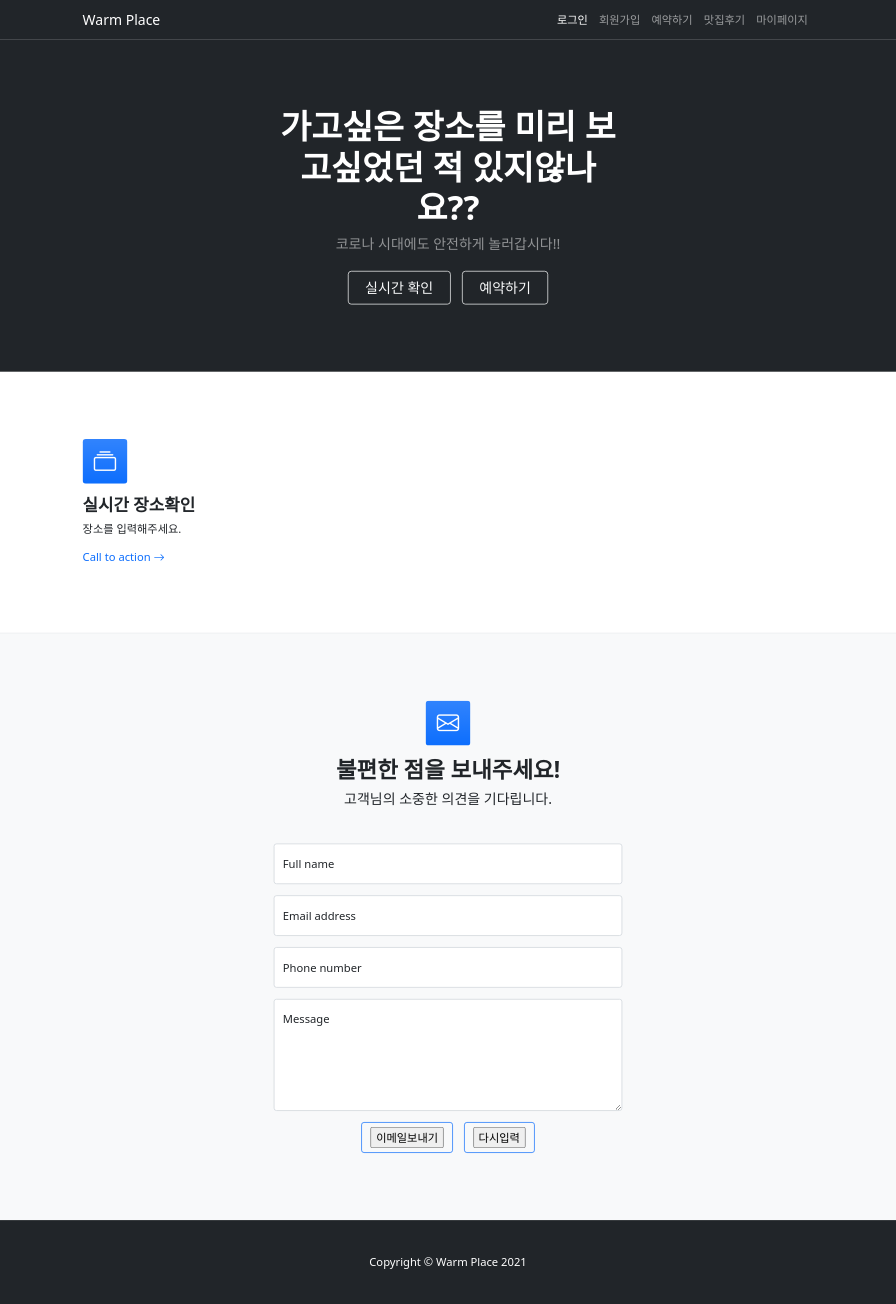
Repository: jaunnnngs/HackaTone
Page: http://localhost/StunProjects/St_Join/main.jsp
The author's editor kept a copy of each file at every save. The page is drawn from the files as they stood at one save, then again after the next save.
The browser window is 1280 px wide. The pictures show the whole page, at 70% of full size.
Some web libraries are served in a nearby version. The page is served by Tomcat 9.

Above is the page before, as saved 2021-08-02 07:35:01.

After the next save:
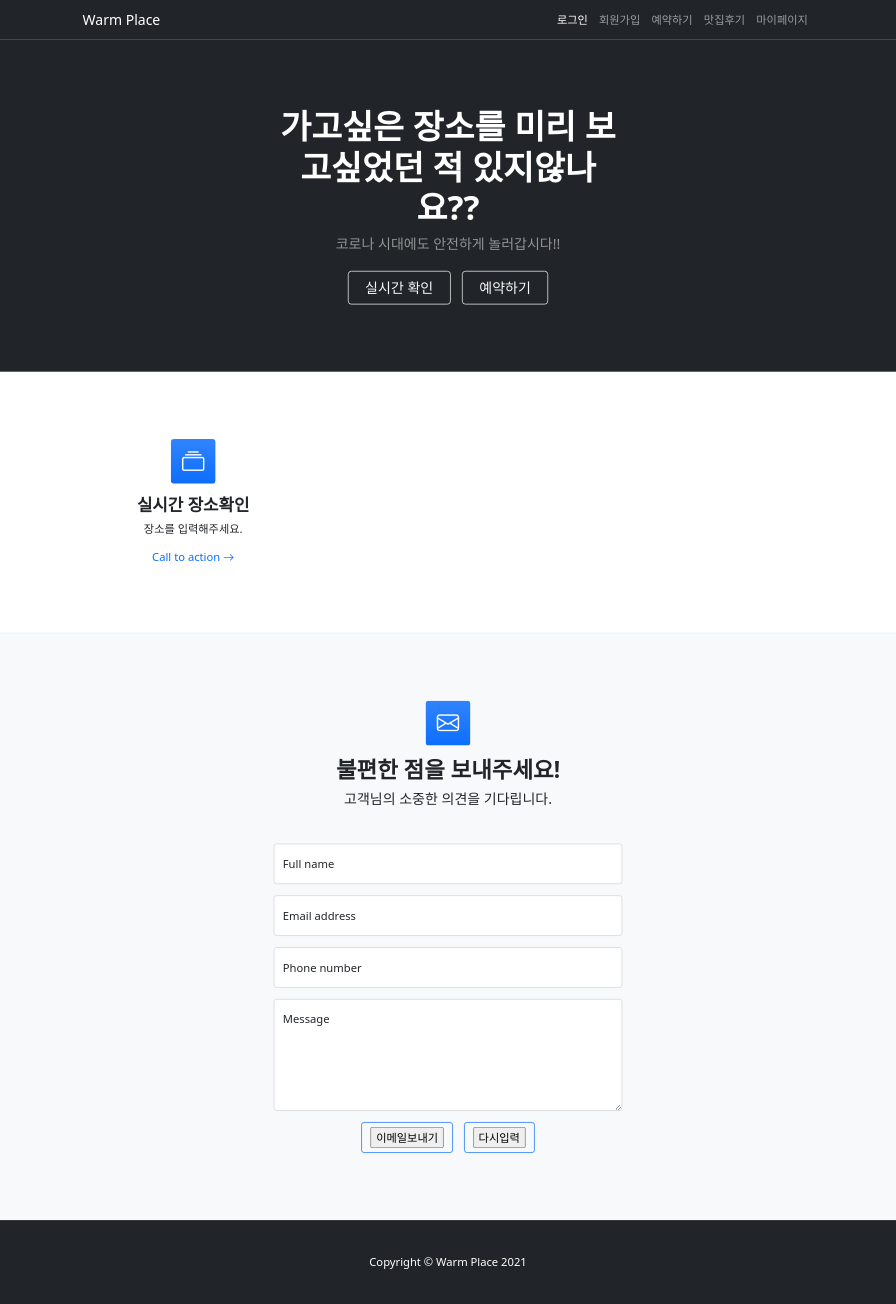
Saved 25 s later.
--- a/STUN_TEAM/StunProjects/src/main/webapp/St_Join/main.jsp
+++ b/STUN_TEAM/StunProjects/src/main/webapp/St_Join/main.jsp
@@ -76,8 +76,8 @@
             </div>
         </header>
         <!-- Features section-->
-        <section class="py-5 border-bottom center" id="features">
-            <div class="container px-5 my-5">
+        <section class="py-5 border-bottom" id="features">
+            <div class="text-center container px-5 my-5">
                 <div class="row gx-5">
                     <div class="col-lg-4 mb-5 mb-lg-0">
                         <div class="feature bg-primary bg-gradient text-white rounded-3 mb-3"><i class="bi bi-collection"></i></div>
